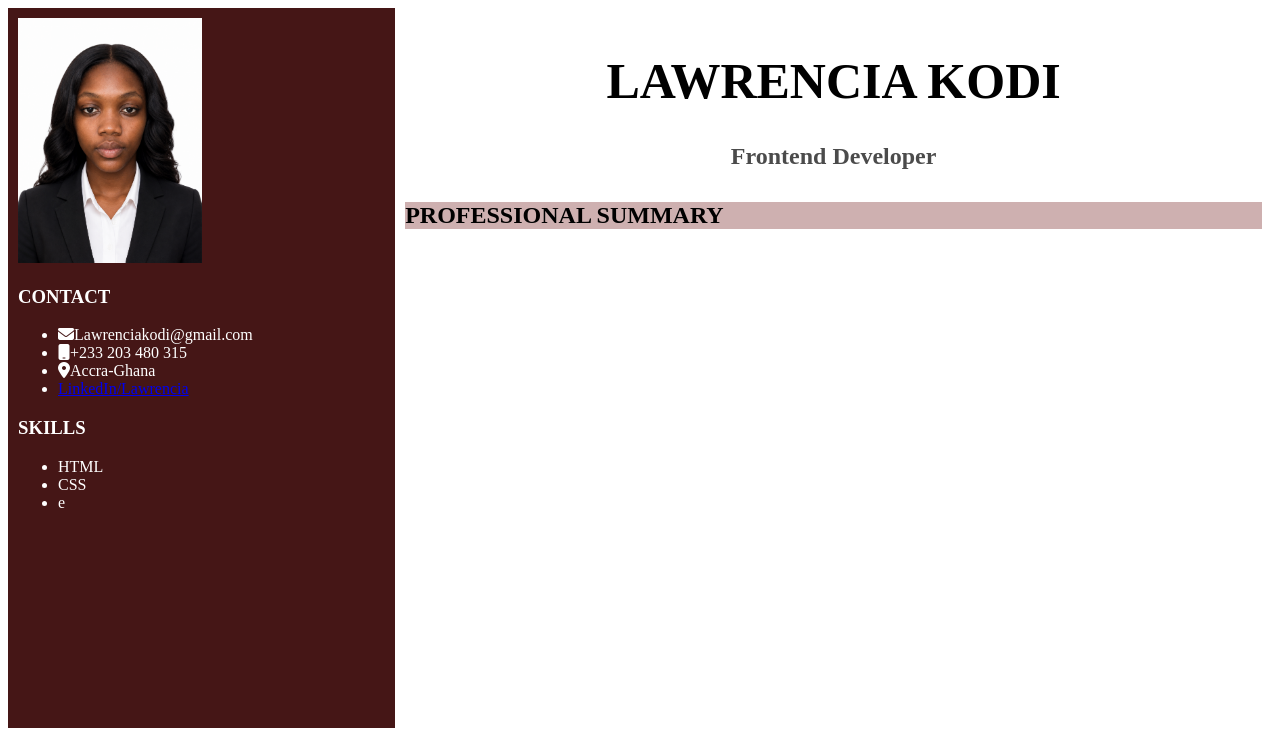
Repository: lawrencia-coder/T4G_CV
Page: index.html
An editor plug-in stored every save of this project. The page is shown before and after a run of saves, followed by the edit.
The browser window is 1280 px wide. The pictures show the whole page.
Some icons come from a web library that is not loaded, so they are not drawn. Some web libraries are served in a nearby version.

Above is the page before, as saved 2026-07-14 07:51:57.

### index.html
<!DOCTYPE html>
<html lang="en">
<head>
    <meta charset="UTF-8">
    <meta name="viewport" content="width=device-width, initial-scale=1.0">
    <script src="https://kit.fontawesome.com/c72fc9c022.js" crossorigin="anonymous"></script>
    <title>T4G_CV</title>
    <link rel="stylesheet" href="style.css">
</head>
<body>
    <div class="cv-container">
        <div class="left-column">
            <img src="images/passport pic 1.png" alt="" width="50%" height="35%">
            <h3>CONTACT</h3>
             <p>
              <ul>
                <li><i class="fa-solid fa-envelope" style="color: rgb(255, 255, 255);"></i>Lawrenciakodi@gmail.com</li>
                <li><i class="fa-solid fa-mobile" style="color: rgb(255, 255, 255);"></i>+233 203 480 315</li>
                <li><i class="fa-solid fa-location-dot" style="color: rgb(255, 255, 255);"></i>Accra-Ghana</li>
                <li><i class="fa-brands fa-square-linkedin" style="color: rgb(255, 255, 255);"></i><a href="www.linkedin.com/in/lawrencia-kodi-192a71305" target="_blank" rel="noopener noreferrer">LinkedIn/Lawrencia</a></li>
              </ul>
             </p>

            <h3>SKILLS</h3>
             <p>
                <ul>
                    <li>HTML</li>
                    <li>CSS</li>
                    <li>e</li>
                </ul>
             </p>
        </div>
         <div class="right-column">
             <h1>LAWRENCIA KODI  </h1>
             <h4 style="text-align: center;">Frontend Developer</h4>
             <h2>PROFESSIONAL SUMMARY</h2>
              <p></p>
         </div>
    </div>

</body>
</html>

### style.css
/* styling headings */
h1{
    text-align: center;
    font-size: 50px;
    margin-bottom: none;
}

h4{
    opacity: calc(70%);
    font-size: x-large;
}

h2{
    background-color: rgb(206, 176, 176);
}


/* styling cv-container */
.cv-container{
    display: flex;
    width: 100%;
    min-height: 100vh;
}

.left-column{
width: 30%;
background-color: rgb(69, 22, 22);
color: white;
padding: 10px;
}

.right-column{
    width: 70%;
    background-color: white;
    color: black;
    padding: 10px;
}

After the next 4 saves:
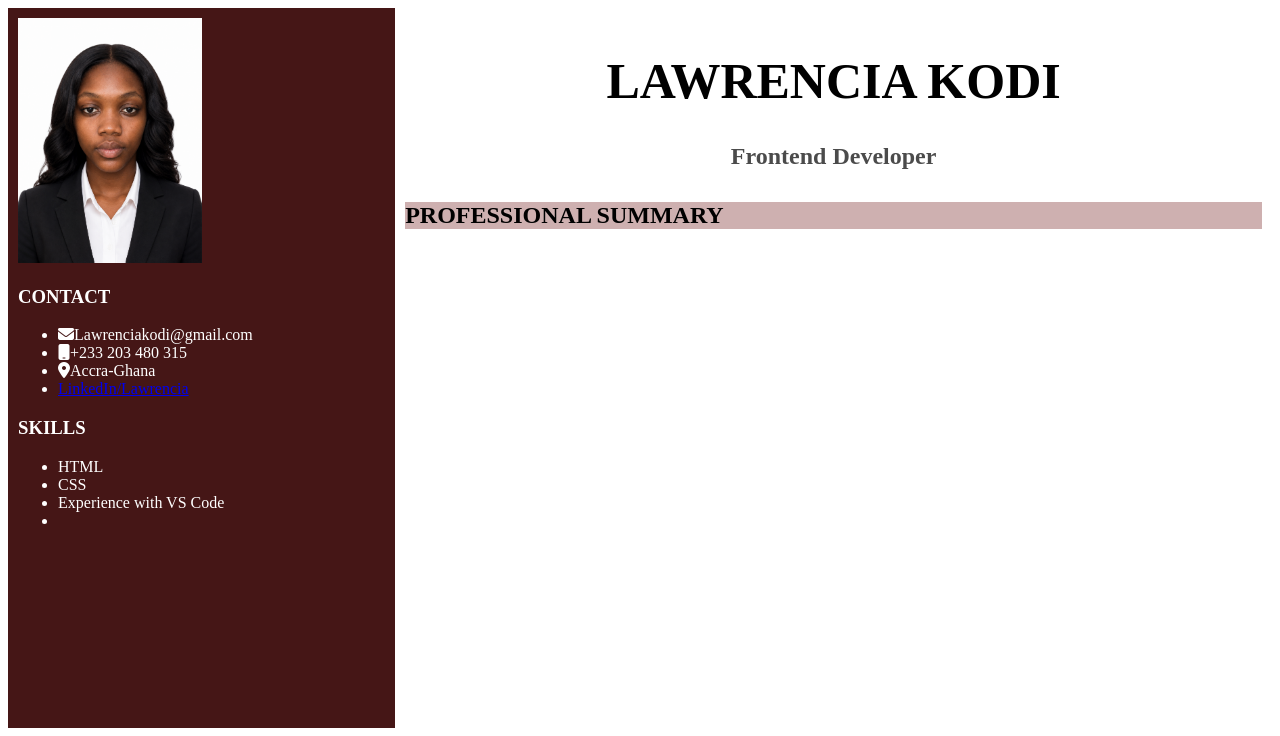
The 4 saves are shown as one change because they came seconds apart.
The last was saved 18 s later.
--- a/index.html
+++ b/index.html
@@ -26,7 +26,8 @@
                 <ul>
                     <li>HTML</li>
                     <li>CSS</li>
-                    <li>e</li>
+                    <li>Experience with VS Code</li>
+                    <li></li>
                 </ul>
              </p>
         </div>
